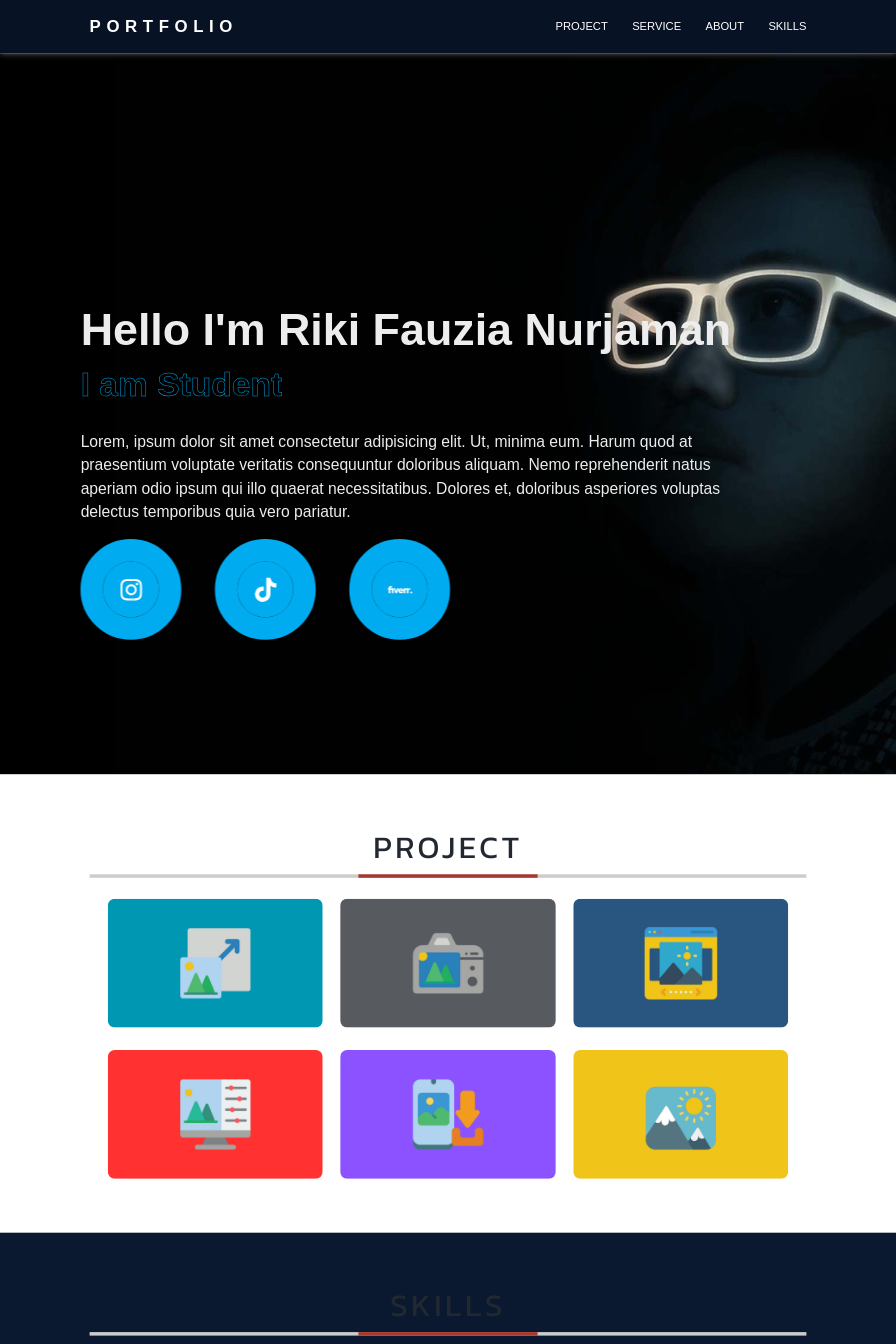
Repository: sellayspy/Portofolio
Page: /
An editor plug-in stored every save of this project. The page is shown before and after the next save, followed by the edit.
The browser window is 1280 px wide. The pictures show the part of the page from y = 0 to 1920 px (the page is 4158 px tall), at 70% of full size.
The project was rebuilt for these pictures with package versions that can differ from the ones it lists, and the page was loaded fresh each time. Also part of the build but not shown: vite.config.js, src/styles/DetailPortfolio.css, src/components/ScrollToTop.jsx, src/pages/DetailPortfolio.jsx, src/pages/PagesNotFound.jsx.

Above is the page before, as saved 2024-09-15 16:44:31.

### index.html
<!DOCTYPE html>
<html lang="en">
  <head>
    <meta charset="UTF-8" />
    <link rel="icon" type="image/svg+xml" href="/vite.svg" />
    <meta name="viewport" content="width=device-width, initial-scale=1.0" />
    <title>Portofolio RikiFN</title>
  </head>
  <body>
    <div id="root"></div>
    <script type="module" src="/src/main.jsx"></script>
  </body>
</html>

### src/App.jsx
import "./App.css";
import Home from "./pages/Home";
import DetailPortfolio from "./pages/DetailPortfolio";

import { BrowserRouter, Routes, Route } from "react-router-dom";
import PagesNotFound from "./pages/PagesNotFound";

const App = () => {
  return (
    <BrowserRouter>
      <Routes>
        <Route path="/" element={<Home />} />
        <Route path="/portfolio/:id" element={<DetailPortfolio />} />
        <Route path="/pages-not-found" element={<PagesNotFound />} />
        <Route path="*" element={<PagesNotFound />} />
      </Routes>
    </BrowserRouter>
  );
};

export default App;

### src/App.css
/* Global */
@import url("https://fonts.googleapis.com/css2?family=Nunito+Sans:opsz,wght@6..12,300&display=swap");
@import url("https://fonts.googleapis.com/css2?family=Kanit&display=swap");

html,
body {
  margin: 0px;
  padding: 0px;
  border: none;
  outline: none;
  box-sizing: border-box;
  text-decoration: none;
  scroll-behavior: smooth;
  font-family: "poppins", sans-serif;
}
.wrapper {
  width: 1024px;
  margin: auto;
  padding: 20px 0px 20px 0px;
}

section {
  padding: 50px 0px 50px 0px;
}

.wrapper > h3,
.wrapper > h1 {
  text-align: center;
  font-size: 2.8rem;
  margin: 0px 0px 30px 0px;
  padding: 0px;
  font-family: "Kanit", sans-serif;
  color: #222831;
  letter-spacing: 5px;
  text-transform: uppercase;
  border-bottom: 5px solid #cccccc;
}
.wrapper > h3::after,
.wrapper > h1::after {
  content: "";
  display: block;
  border-bottom: 5px solid #aa392d;
  width: 25%;
  position: relative;
  bottom: -5px; /* your padding + border-width */
  margin: auto;
}

@media only screen and (max-width: 1000px) {
  .wrapper {
    width: 80%;
  }
}

### src/pages/Home.jsx
import About from "../components/About";
import Experience from "../components/Experience";
import Footer from "../components/Footer";
import Header from "../components/Header";
import Navbar from "../components/Navbar";
import Portfolio from "../components/Portfolio";

function Home() {
  return (
    <>
      <Navbar />
      <Header />
      <Portfolio />
      <Experience />
      <About />
      <Footer />
    </>
  );
}

export default Home;

### src/components/About.jsx
import { FaHtml5 } from "react-icons/fa";
import { IoLogoJavascript } from "react-icons/io";
import { FaCss3 } from "react-icons/fa";
import { FaLaravel } from "react-icons/fa";
import { FaReact } from "react-icons/fa";
import { RiTailwindCssFill } from "react-icons/ri";
import { SiCoreldraw } from "react-icons/si";
import { SiAdobephotoshop } from "react-icons/si";
import "../styles/About.css";

const About = () => {
  return (
    <section id="about">
      <div className="wrapper">
        <h3>About</h3>
        <p>
          Lorem ipsum dolor sit amet consectetur adipisicing elit. Totam magni,
          dolorum, explicabo obcaecati ut impedit officiis quae non natus
          praesentium ex, excepturi asperiores laboriosam distinctio vitae
          cupiditate nulla debitis consectetur?
        </p>
        <p>
          Lorem ipsum dolor sit amet consectetur, adipisicing elit. Corporis,
          similique.
        </p>
        <p>Lorem ipsum dolor sit amet.</p>
        <h4>Programing Language & Tools</h4>
        <div className="skills">
          <FaHtml5 />
          <FaCss3 />
          <IoLogoJavascript />
          <RiTailwindCssFill />
          <FaLaravel />
          <FaReact />
          <SiCoreldraw />
          <SiAdobephotoshop />
        </div>
      </div>
    </section>
  );
};

export default About;

### src/components/Experience.jsx
import {
  VerticalTimeline,
  VerticalTimelineElement,
} from "react-vertical-timeline-component";
import "react-vertical-timeline-component/style.min.css";
import { SiNestjs } from "react-icons/si";
import { FaLaravel } from "react-icons/fa";
import { RiReactjsLine } from "react-icons/ri";
import { RiNextjsFill } from "react-icons/ri";
import { FaJava } from "react-icons/fa";
import { SiCoreldraw } from "react-icons/si";
import { DiPhotoshop } from "react-icons/di";
import "../styles/Experience.css";
const Experience = () => {
  return (
    <section id="experience">
      <div className="wrapper">
        <h3>Skills</h3>

        <VerticalTimeline>
          <VerticalTimelineElement
            className="vertical-timeline-element--work"
            iconStyle={{ background: "#222831", color: "#fff" }}
            icon={<SiCoreldraw />}
          >
            <h3 className="vertical-timeline-element-title">Design Grafis</h3>
            <h4 className="vertical-timeline-element-subtitle">
              2018 - Present
            </h4>
            <p>User Experience, Visual Design</p>
          </VerticalTimelineElement>
          <VerticalTimelineElement
            className="vertical-timeline-element--work"
            iconStyle={{ background: "#222831", color: "#fff" }}
            icon={<DiPhotoshop />}
          >
            <h3 className="vertical-timeline-element-title">Design Grafis</h3>
            <h4 className="vertical-timeline-element-subtitle">
              2018 - Present
            </h4>
            <p>User Experience, Visual Design</p>
          </VerticalTimelineElement>
          <VerticalTimelineElement
            className="vertical-timeline-element--work"
            iconStyle={{ background: "#222831", color: "#fff" }}
            icon={<RiReactjsLine />}
          >
            <h3 className="vertical-timeline-element-title">Web Development</h3>
            <h4 className="vertical-timeline-element-subtitle">
              2018 - Present
            </h4>
            <p>User Experience, Visual Design</p>
          </VerticalTimelineElement>
          <VerticalTimelineElement
            className="vertical-timeline-element--work"
            date="2024 - present"
            iconStyle={{ background: "#222831", color: "#fff" }}
            icon={<RiNextjsFill />}
          >
            <h3 className="vertical-timeline-element-title">Web Designer</h3>
            <h4 className="vertical-timeline-element-subtitle">
              Los Angeles, CA
            </h4>
            <p>User Experience, Visual Design</p>
          </VerticalTimelineElement>
          <VerticalTimelineElement
            className="vertical-timeline-element--work"
            date="2024 - present"
            iconStyle={{ background: "#222831", color: "#fff" }}
            icon={<FaJava />}
          >
            <h3 className="vertical-timeline-element-title">Web Designer</h3>
            <h4 className="vertical-timeline-element-subtitle">
              Los Angeles, CA
            </h4>
            <p>User Experience, Visual Design</p>
          </VerticalTimelineElement>
          <VerticalTimelineElement
            className="vertical-timeline-element--work"
            date="2024 - present"
            iconStyle={{ background: "#222831", color: "#fff" }}
            icon={<SiCoreldraw />}
          >
            <h3 className="vertical-timeline-element-title">Web Designer</h3>
            <h4 className="vertical-timeline-element-subtitle">
              Los Angeles, CA
            </h4>
            <p>User Experience, Visual Design</p>
          </VerticalTimelineElement>
          <VerticalTimelineElement
            className="vertical-timeline-element--work"
            date="2024 - present"
            iconStyle={{ background: "#222831", color: "#fff" }}
            icon={<DiPhotoshop />}
          >
            <h3 className="vertical-timeline-element-title">Web Designer</h3>
            <h4 className="vertical-timeline-element-subtitle">
              Los Angeles, CA
            </h4>
            <p>User Experience, Visual Design</p>
          </VerticalTimelineElement>
        </VerticalTimeline>
      </div>
    </section>
  );
};

export default Experience;

### src/components/Footer.jsx
import "../styles/Footer.css";

const Footer = () => {
  return <footer>&copy; 2024. Riki Fauzia Nurjaman</footer>;
};

export default Footer;

### src/components/Header.jsx
import profilePicture from "../assets/test.png";
import { FaInstagram } from "react-icons/fa";
import { FaTiktok } from "react-icons/fa";
import { SiFiverr } from "react-icons/si";
import "../styles/Header.css";
const Header = () => {
  return (
    <header>
      <div className="header-jumbotron">
        <h1>Hello I'm Riki Fauzia Nurjaman</h1>
        <h2>
          I am <span className="type-animation">Student</span>
        </h2>
        <p>
          Lorem, ipsum dolor sit amet consectetur adipisicing elit. Ut, minima
          eum. Harum quod at praesentium voluptate veritatis consequuntur
          doloribus aliquam. Nemo reprehenderit natus aperiam odio ipsum qui
          illo quaerat necessitatibus. Dolores et, doloribus asperiores voluptas
          delectus temporibus quia vero pariatur.
        </p>
        <div className="socialMedia">
          <a href="https://www.instagram.com/rikifauzianurjaman/">
            <FaInstagram />
          </a>
          <a href="https://www.tiktok.com/@officialspylike">
            <FaTiktok />
          </a>
          <a href="https://www.fiverr.com/rikifauzianurja">
            <SiFiverr />
          </a>
        </div>
      </div>
    </header>
  );
};

export default Header;

### src/components/Navbar.jsx
import { FaBars } from "react-icons/fa6";
import { IoClose } from "react-icons/io5";
import "../styles/Navbar.css";
import { useState } from "react";
import { HashLink } from "react-router-hash-link";
import { Link } from "react-router-dom";

const Navbar = () => {
  const [statusTampil, setStatusTampil] = useState("");

  const tampilMenu = () => {
    if (statusTampil == "") {
      setStatusTampil("tampil");
    } else {
      setStatusTampil("");
    }
  };
  return (
    <nav>
      <div className="wrapper">
        <div className="logo">
          <Link to="/">Portfolio</Link>
        </div>
        <button onClick={tampilMenu}>
          {statusTampil == "" ? <FaBars /> : <IoClose />}
        </button>
        <div className={`menu ${statusTampil}`} onClick={tampilMenu}>
          <ul>
            <li>
              <HashLink to="/#portfolio">Project</HashLink>
            </li>
            <li>
              <HashLink to="/#contact">Service</HashLink>
            </li>
            <li>
              <HashLink to="/#about">About</HashLink>
            </li>
            <li>
              <HashLink to="/#experience">Skills</HashLink>
            </li>
          </ul>
        </div>
      </div>
    </nav>
  );
};

export default Navbar;

### src/components/Portfolio.jsx
import { portfolioList } from "../data/DataPortfolio";

import { Link } from "react-router-dom";

import "../styles/Portfolio.css";

const Portfolio = () => {
  return (
    <section id="portfolio">
      <div className="wrapper">
        <h3>Project</h3>
        <div className="grid">
          {portfolioList.map((item) => {
            return (
              <div className="item" key={item.id}>
                <Link to={`/portfolio/${item.id}`}>
                  <img src={item.image} />
                </Link>
              </div>
            );
          })}
        </div>
      </div>
    </section>
  );
};

export default Portfolio;

### src/data/DataPortfolio.jsx
import portfolio1 from "../assets/portfolio1.png";
import portfolio2 from "../assets/portfolio2.png";
import portfolio3 from "../assets/portfolio3.png";
import portfolio4 from "../assets/portfolio4.png";
import portfolio5 from "../assets/portfolio5.png";
import portfolio6 from "../assets/portfolio6.png";

export const portfolioList = [
  {
    id: "1",
    title: "Website Portofolio",
    image: portfolio1,
    skill: "html, css, javascript",
  },
  {
    id: "2",
    title: "Website Portofolio2",
    image: portfolio2,
    skill: "laravel, react, api, typescript, tailwind",
  },
  {
    id: "3",
    title: "Website Portofolio3",
    image: portfolio3,
    skill: "react, javascript, css, html",
  },
  {
    id: "4",
    title: "Website Portofolio4",
    image: portfolio4,
    skill: "reactjs, typescript, tailwind, nodejs",
  },
  {
    id: "5",
    title: "Desain Grafis Portofolio",
    image: portfolio5,
    skill: "adobephotoshop, coreldraw",
  },
  {
    id: "6",
    title: "Desain Grafis Portofolio2",
    image: portfolio6,
    skill: "adobephotoshop, coreldraw",
  },
];

### src/styles/About.css
#about {
  background-color: #eaedef;
  position: relative;
  font-size: 1.2rem;
}
#about > .wrapper {
  margin: auto;
  width: 50%;
}
#about > .wrapper > h3 {
  text-align: center;
  font-size: 2.8rem;
  margin: 0px 0px 30px 0px;
  padding: 0px;
  font-family: "Kanit", sans-serif;
  color: #333;
  letter-spacing: 5px;
  text-transform: uppercase;
}
#about > .wrapper > p {
  text-align: center;
}

#about > .wrapper > h4 {
  text-align: center;
  font-size: 1.4rem;
  margin: 0px 0px 20px 0px;
  padding: 0px;
  font-family: "Kanit", sans-serif;
  letter-spacing: 5px;
  color: #333;
}
.skills {
  text-align: center;
}
.skills > svg {
  display: inline-block;
  color: #74797e;
  width: 50px;
  height: auto;
  margin: 10px;
  cursor: pointer;
}

.skills > svg:hover {
  color: #aa392d;
}

@media only screen and (max-width: 1000px) {
  #about > .wrapper {
    width: 80%;
  }
}

### src/styles/Experience.css
#experience {
  background-color: #0a192f;
  position: relative;
}

### src/styles/Footer.css
footer {
  background-color: #39404a;
  text-align: center;
  line-height: 100px;
  color: #fff;
  letter-spacing: 5px;
}

### src/styles/Header.css
:root {
  --bg-color: #081b29;
  --second-bg-color: #112e43;
  --text-color: #ededed;
  --main-color: #00abf0;
}

header {
  background-color: var(--bg-color);
  color: var(--text-color);
  padding: 10rem 9% 2rem;
}

header {
  background: url(../assets/background.jpg);
  background-position: center;
  background-size: cover;
}

.header-jumbotron {
  width: 60rem;
  padding: 10rem 0;
}

.header-jumbotron h1 {
  font-size: 4rem;
  line-height: 1;
}

.header-jumbotron h2 {
  margin-top: -20px;
  font-size: 3rem;
  color: transparent;
  -webkit-text-stroke: 0.7px var(--main-color);
  line-height: 1;
}

.header-jumbotron p {
  font-size: 1.4rem;
  line-height: 1.5;
}

.socialMedia {
  color: #fff;
  display: flex;
  gap: 3rem;
}

.socialMedia > a {
  background: transparent;
  color: var(--bg-color);
  width: 80px;
  height: 80px;
  border-radius: 50%;
  border: 2rem solid var(--main-color);
  align-items: center;
  cursor: pointer;
  position: relative;
  z-index: 1;
  transition: transform 0.3s ease-in-out;
}

.socialMedia > a::after {
  position: absolute;
  border-radius: 50%;
  content: "";
  width: 100%;
  height: 100%;
  top: 0;
  left: 0;
  background: var(--main-color);
  z-index: -1;
}

.socialMedia > a > svg {
  height: 35px;
  width: auto;
}

.socialMedia > a {
  background-color: #222831;
  color: #fff;
  width: 80px;
  height: 80px;
  border-radius: 50%;
  display: flex;
  justify-content: center;
  align-items: center;
  transition: transform 0.3s ease-in-out;
}

.socialMedia > a:hover {
  background-color: #aa392d;
  box-shadow: 0px 0px 10px rgba(255, 255, 255, 0.5);
  transform: scale(1.2);
}

/*
.socialMedia > a:hover {
  background-color: #aa392d;
  box-shadow: 0px 0px 10px rgba(255, 255, 255, 0.5);
  transform: scale(1.2);
} */

/* .header-jumbotron > img {
  width: 280px;
  border: 5px solid skyblue;
  border-radius: 100%;
  box-shadow: 0px 0px 20px rgba(255, 255, 255, 0.5);
}

.header-jumbotron > .header-text > .animated-tex {
  color: #fff;
  margin: 20px 0px 0px 0px;
  padding: 0px;
  font-size: 2.5rem;
}

.animated-tex span {
  position: relative;
}

.animated-tex span::before {
  content: "Student";
  background: linear-gradient(270deg, #df8908 10%, #b415ff 100%);
  background-clip: text;
  -webkit-background-clip: text;
  -webkit-text-fill-color: transparent;
  animation: words 20s infinite;
}

.animated-tex span::after {
  content: "";
  position: absolute;
  width: calc(100% + 8px);
  height: 100%;
  background-color: #0a192f;
  border-left: 2px solid #e03fd8;
  right: -2px;
  animation: cursor 0.8s infinite, typing 20s steps(14) infinite;
}
@keyframes cursor {
  to {
    border-left: 2px solid #fff;
  }
}
@keyframes words {
  0%,
  34% {
    content: "Programmer";
  }
  25%,
  68% {
    content: "Designer";
  }
  69%,
  100% {
    content: "Gamer";
  }
}
@keyframes typing {
  10%,
  15%,
  30%,
  35%,
  50%,
  55%,
  70%,
  75%,
  90%,
  95% {
    width: 0;
  }
  5%,
  20%,
  25%,
  40%,
  45%,
  60%,
  65%,
  80%,
  85% {
    width: calc(100% + 8px);
  }
}

.header-jumbotron > .header-text > h3 {
  position: relative;
  color: #0e3742;
  margin: 10px 0px 0px 0px;
  padding: 0px;
  font-size: 3.5rem;
  text-transform: uppercase;
  line-height: 0.7em;
  outline: none;
  animation: animate 5s linear forwards;
}

@keyframes animate {
  0% {
    color: #0e3742;
    text-shadow: none;
  }
  100% {
    color: #fff;
    text-shadow: 0 0 10px #03bcf4, 0 0 20px #03bcf4, 0 0 40px #03bcf4,
      0 0 80px #03bcf4, 0 0 160px #03bcf4;
  }
}

.header-jumbotron > .header-text > p {
  padding: 15px;
  margin: 0px 5px 20px 5px;
  color: #fff;
  font-size: 1.2rem;
}

} */

### src/styles/Navbar.css
nav {
  background-color: #081225;
  color: #fff;
  position: sticky;
  top: 0;
  z-index: 100;
  text-transform: uppercase;
  box-shadow: 0px 0px 10px rgba(255, 255, 255, 0.5);
}
nav > .wrapper {
  display: flex;
  justify-content: space-between;
  align-items: center;
}

.menu {
  width: 35%;
}

.logo {
  display: flex;
  align-items: center;
}
.logo > a {
  color: #fff;
  text-decoration: none;
  font-size: 1.5rem;
  font-weight: 900;
  letter-spacing: 8px;
}
.menu > ul {
  display: flex;
  list-style-type: none;
  margin: 0px;
  padding: 0px;
  justify-content: space-between;
  font-weight: bold;
}

.menu > ul > li > a {
  position: relative;
  text-decoration: none;
  color: #fff;
}

.menu > ul > li > a::before {
  content: "";
  position: absolute;
  top: 100%;
  left: 0;
  width: 0;
  height: 2px;
  background: yellow;
  transition: 0.3s;
}

.menu > ul > li > a:hover::before {
  width: 100%;
}

nav > .wrapper > button {
  cursor: pointer;
  display: none;
  position: absolute;
  right: 10px;
  top: 10px;
  border: 0px;
  background-color: transparent;
  padding: 0px;
}
nav > .wrapper > button > svg {
  color: #fff;
  font-size: 50px;
}
@media only screen and (max-width: 1000px) {
  .menu > ul {
    display: none;
  }
  .menu.tampil > ul {
    display: inline;
  }
  .menu {
    text-align: right;
  }
  nav > .wrapper > button {
    display: inline;
  }
  .menu > ul {
    flex-direction: column;
    background-color: #060d1c;
    width: 100%;
    position: fixed;
    top: 70px;
    left: 0;
  }
  .menu > ul > li {
    text-align: left;
    cursor: pointer;
  }
  .menu > ul > li > a {
    display: inline-block;
    padding: 15px 20px 15px 50px;
    width: 100%;
  }
  .menu > ul > li > a:hover {
    background-color: #000;
  }
}

### src/styles/Portfolio.css
.grid {
  display: grid;
  grid-template-columns: 30% 30% 30%;
  grid-gap: 25px;
  justify-content: center;
}

.grid > .item > a > img {
  width: 100%;
  border-radius: 10px;
}

@media only screen and (max-width: 1000px) {
  .grid {
    grid-template-columns: 45% 45%;
  }
}

Loaded but not shown: src/main.jsx (common file); src/index.css (common file)

After the next save:
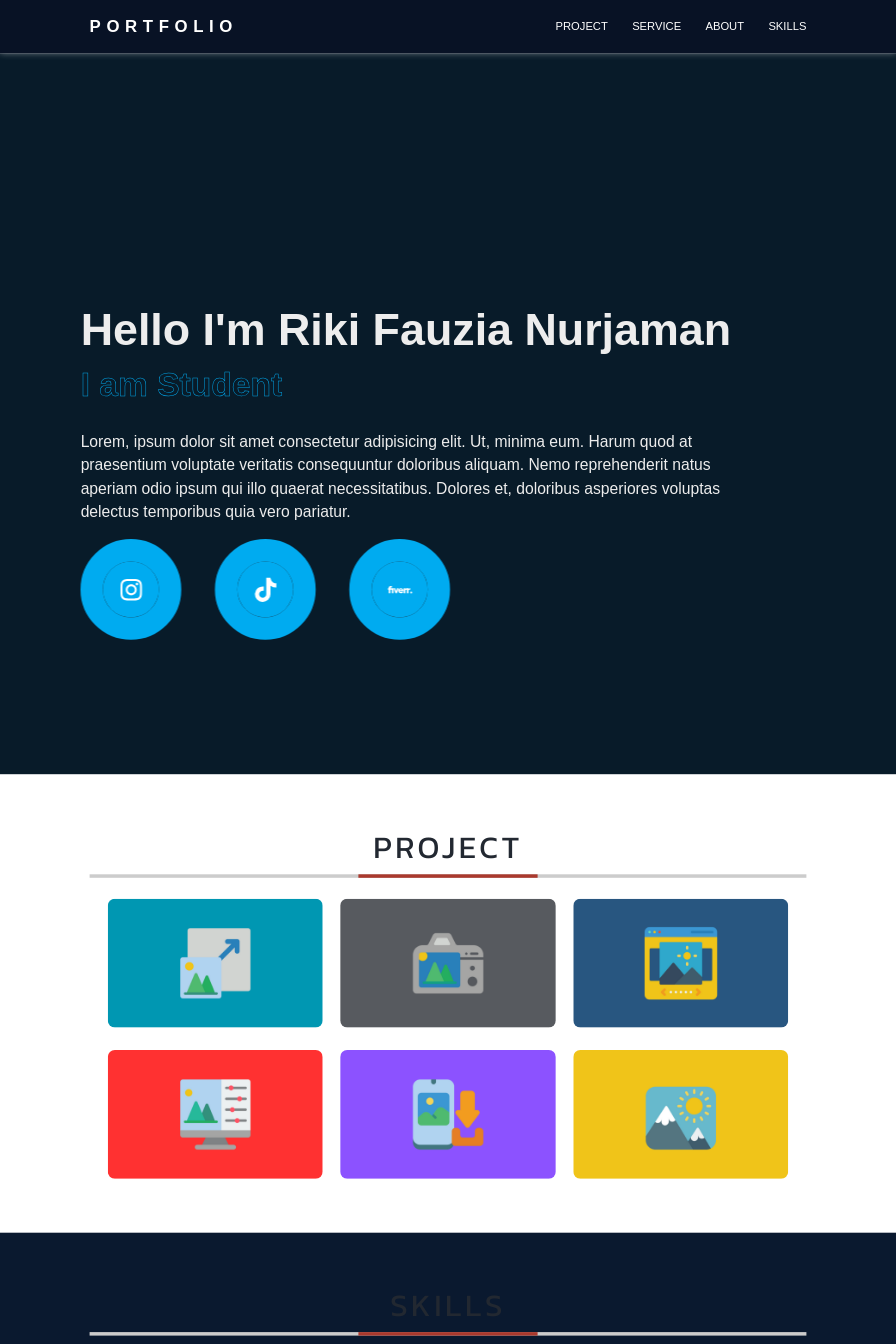
Saved 34 s later.
--- a/src/styles/Header.css
+++ b/src/styles/Header.css
@@ -11,11 +11,11 @@ header {
   padding: 10rem 9% 2rem;
 }
 
-header {
+/* header {
   background: url(../assets/background.jpg);
   background-position: center;
   background-size: cover;
-}
+} */
 
 .header-jumbotron {
   width: 60rem;
